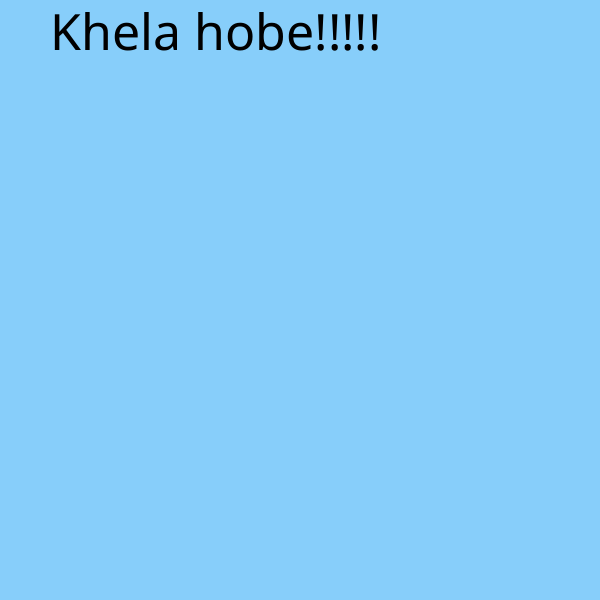
Repository: SaidurIUT/JavaFX
Program's window: java learnStagess/src/hellofx/Main.java
An editor plug-in stored every save of this project. The program's window is shown before and after the next save, followed by the edit.
It runs on Java 21 on a 1366 x 768 screen with JavaFX 11; the title bar is not drawn. It also reads learnStagess/src/tiger.png.

Above is the program's window before, as saved 2024-03-17 17:48:23.

### learnStagess/src/hellofx/Main.java
package hellofx;

import javafx.application.Application;
import javafx.fxml.FXMLLoader;
import javafx.scene.Group;
import javafx.scene.Parent;
import javafx.scene.Scene;
import javafx.scene.image.Image;
import javafx.scene.paint.Color;
import javafx.scene.text.Font;
import javafx.scene.text.Text;
import javafx.stage.Stage;

public class Main extends Application {



    public static void main(String[] args) {
    	launch(args);


    }

    @Override
    public void start(Stage stage) throws Exception{
    	//Stage stage = new Stage();
    	Group root = new Group();
    	Scene scene = new Scene(root,600,600,Color.LIGHTSKYBLUE);


    	Image icon = new Image("tiger.png");
    	stage.getIcons().add(icon);


    	stage.setTitle("Stage learning programme");


    	Text text =new Text();
    	text.setText("Khela hobe!!!!!");
    	text.setX(50);
    	text.setY(50);
    	text.setFont(Font.font("Verdana",50));

    	root.getChildren().add(text);

    	stage.setScene(scene);
    	stage.show();
    }
}

After the next save:
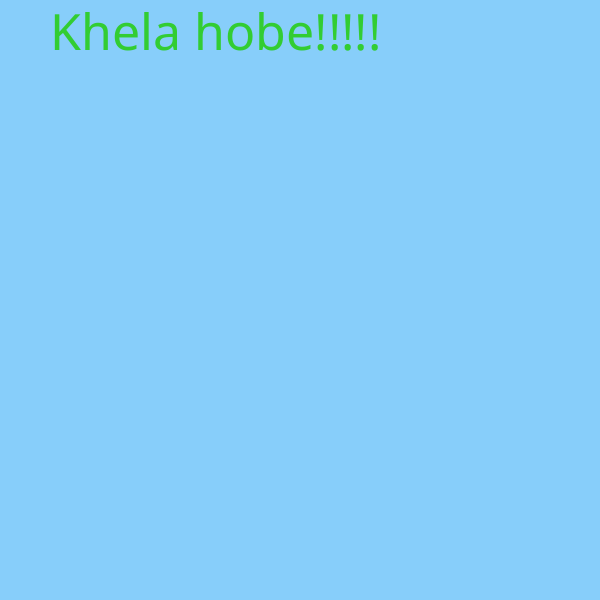
Saved 11 min 29 s later.
--- a/learnStagess/src/hellofx/Main.java
+++ b/learnStagess/src/hellofx/Main.java
@@ -7,6 +7,7 @@
 import javafx.scene.Scene;
 import javafx.scene.image.Image;
 import javafx.scene.paint.Color;
+import javafx.scene.shape.Line;
 import javafx.scene.text.Font;
 import javafx.scene.text.Text;
 import javafx.stage.Stage;
@@ -40,6 +41,15 @@
     	text.setX(50);
     	text.setY(50);
     	text.setFont(Font.font("Verdana",50));
+    	text.setFill(Color.LIMEGREEN);
+
+
+    	Line line = new Line();
+    	line.setStartX(200);
+    	line.setStartY(200);
+    	line.setEndX(400);
+    	line.setEndY(400);
+
 
     	root.getChildren().add(text);
 
